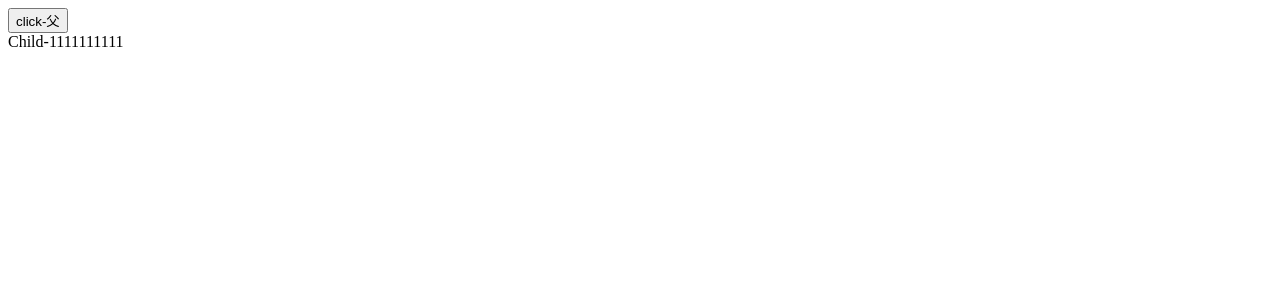
Repository: zenghao518518/React
Page: /
The author's editor kept a copy of each file at every save. The page is drawn from the files as they stood at one save, then again after the next save.
The browser window is 1280 px wide. The pictures show the whole page.
The project was rebuilt for these pictures with package versions that can differ from the ones it lists, and the page was loaded fresh each time.

Above is the page before, as saved 2023-07-26 14:22:59.

After the next save:
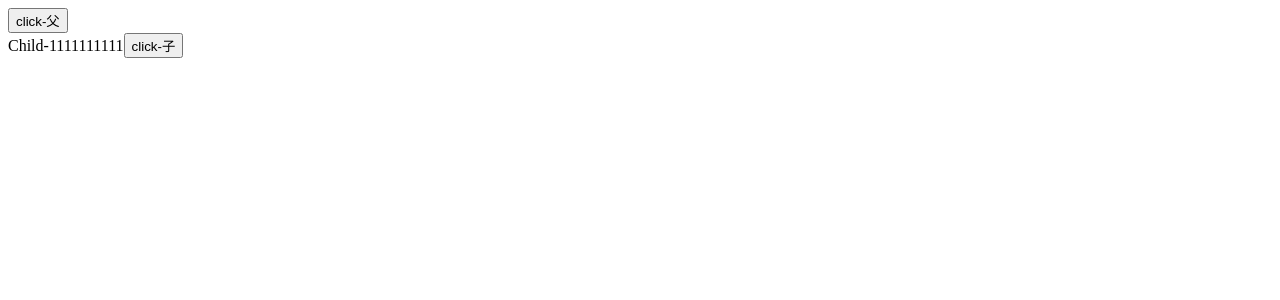
Saved 11 min 42 s later.
--- a/src/01-base/18-状态vs属性.js
+++ b/src/01-base/18-状态vs属性.js
@@ -1,32 +1,43 @@
-import React, { Component } from 'react'
+import React, { Component } from "react";
 
 class Child extends Component {
-    render() {
-      return (
-        <div>
-            Child-{this.props.text}
+  render() {
+    return (
+      <div>
+        Child-{this.props.text}
+        <button
+          onClick={() => {
+            this.props.text="3333333333"
 
-        </div>
-      )
-    }
+          }}
+        >
+          click-子
+        </button>
+      </div>
+    );
   }
+}
 
 export default class App extends Component {
-  state ={
-    test:"1111111111"
-  }
+  state = {
+    test: "1111111111",
+  };
 
   render() {
     return (
       <div>
-        <button onClick={()=>{
-          this.setState({
-          test: "2222222"
-          })
-        }}>click-父</button>
+        <button
+          onClick={() => {
+            this.setState({
+              test: "2222222",
+            });
+          }}
+        >
+          click-父
+        </button>
 
-        <Child text={this.state.test}/>
+        <Child text={this.state.test} />
       </div>
-    )
+    );
   }
 }
